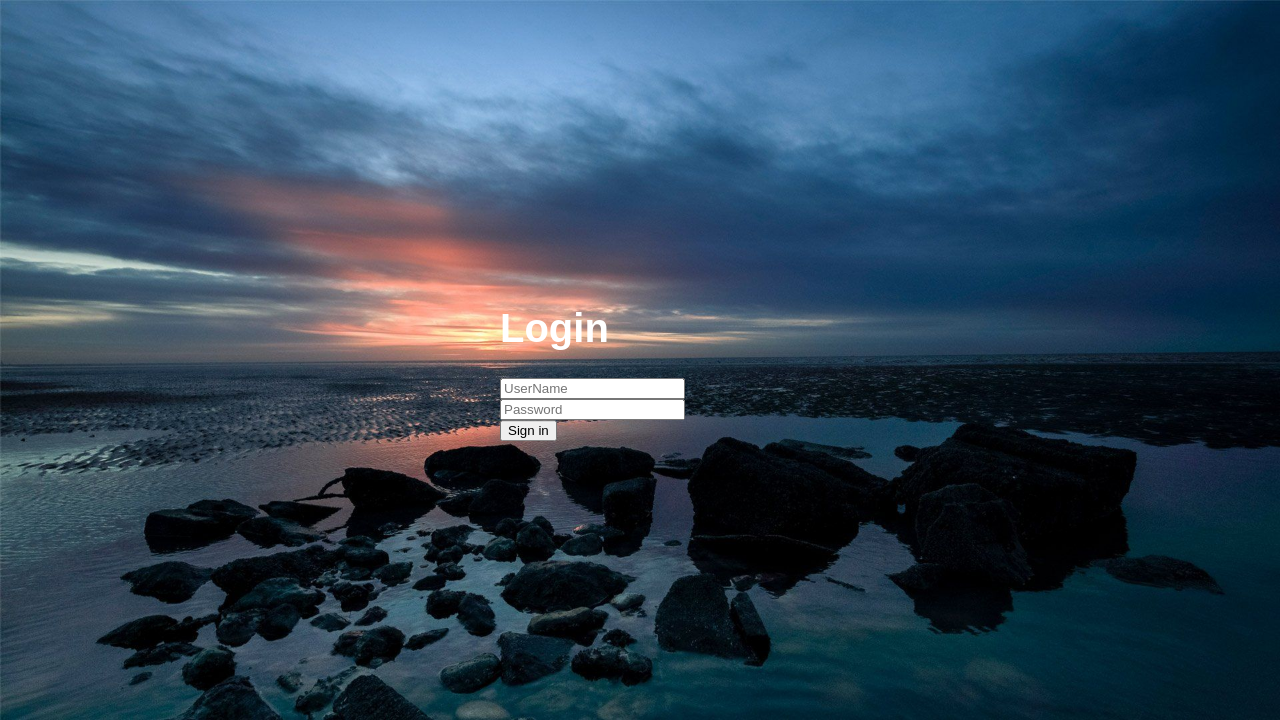
Repository: Berilinanir/Login-Logout-System
Page: Loginn/WebContent/login.html
The author's editor kept a copy of each file at every save. The page is drawn from the files as they stood at one save, then again after the next save.
The browser window is 1280 px wide. The pictures show the whole page.

Above is the page before, as saved 2018-10-13 12:51:00.

After the next save:
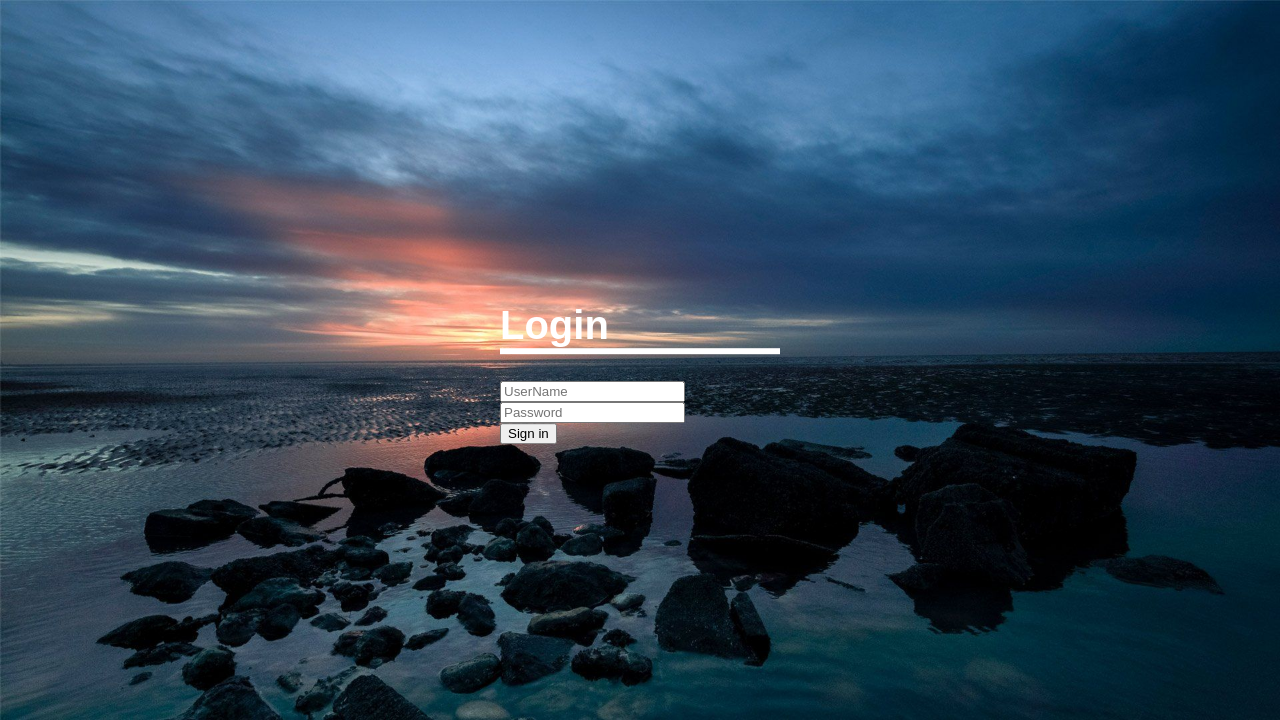
Saved 74 s later.
--- a/Loginn/WebContent/style2.css
+++ b/Loginn/WebContent/style2.css
@@ -25,6 +25,8 @@ body{
 
 	 float:inherit;
 	 font-size:40px;
+	 border-bottom:6px solid;
+
 
 
 }
